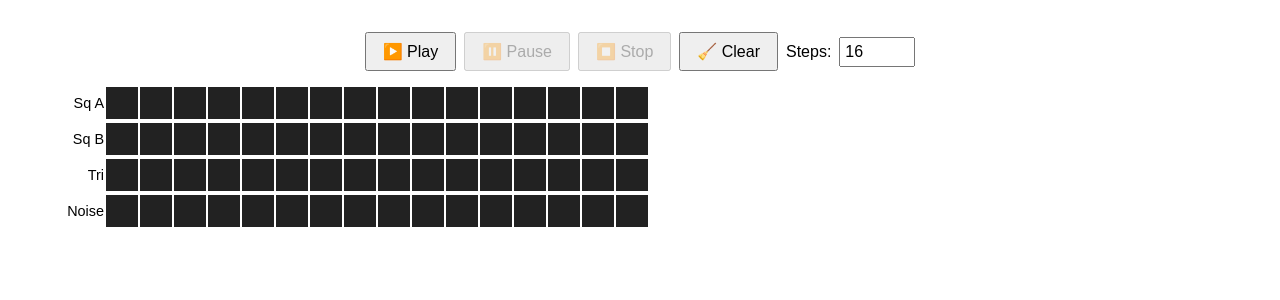
Repository: Aldentec/8-bit-Composer
Page: index.html
These files come from the project's save history. The page is drawn as it stood at one moment and after the next save; the edit follows.
The browser window is 1280 px wide. The pictures show the whole page.
Some web libraries are served in a nearby version.

Above is the page before, as saved 2025-05-28 08:53:24.

After the next save:
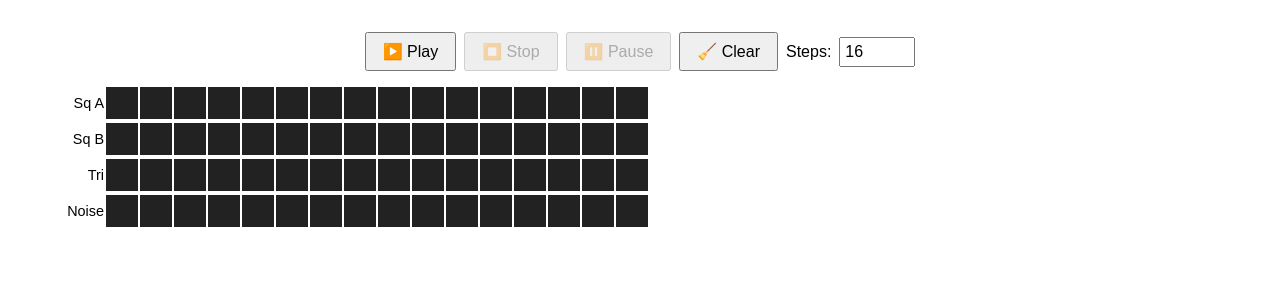
Saved 30 s later.
--- a/index.html
+++ b/index.html
@@ -8,8 +8,8 @@
 <body>
     <div id="controls">
         <button id="play">▶️ Play</button>
+        <button id="stop">⏹️ Stop</button>
         <button id="pause">⏸️ Pause</button>
-        <button id="stop">⏹️ Stop</button>
         <button id="clear">🧹 Clear</button>
 
         <label for="steps-input">Steps:</label>
